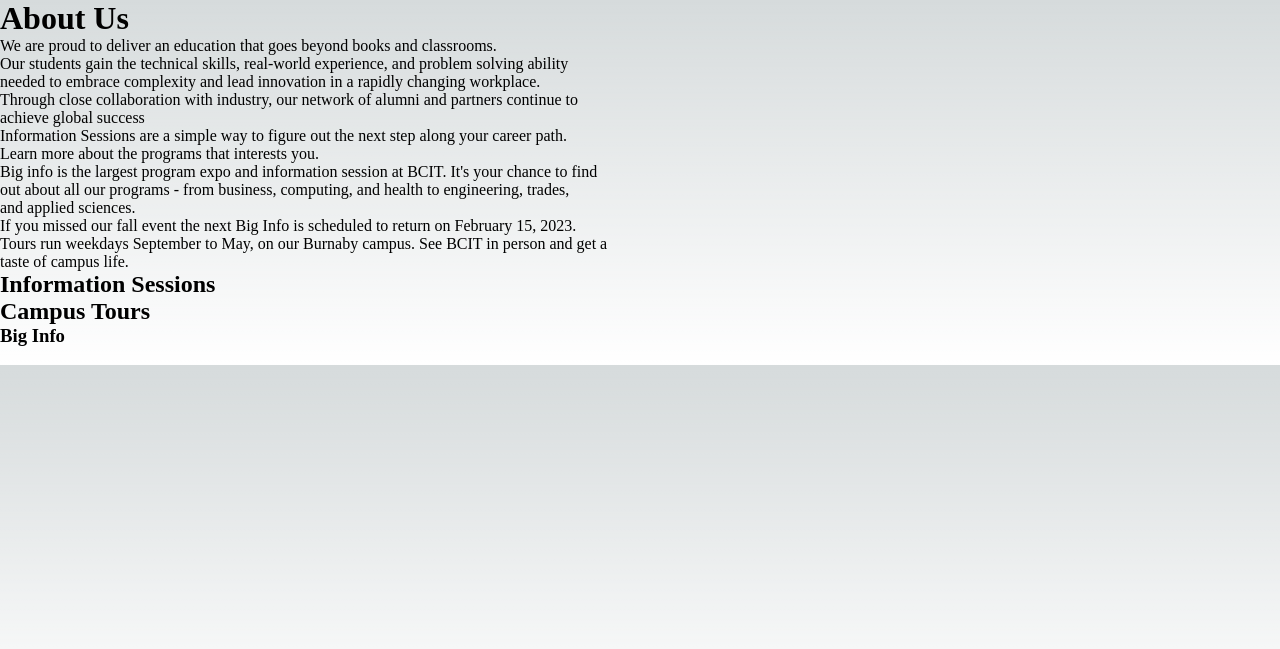
Repository: jennydmcm/assignment-1-playwright-site-A01338943
Page: /about
These files come from the project's save history. The page is drawn as it stood at one moment and after the next save; the edit follows.
The browser window is 1280 px wide. The pictures show the whole page.
The project was rebuilt for these pictures with package versions that can differ from the ones it lists, and the page was loaded fresh each time. The framework's server and built-in components were replaced by stand-ins that run in the browser. Also part of the build but not shown: next.config.js, styles/About.module.css.

Above is the page before, as saved 2023-02-03 16:21:08.

### pages/_app.js
import '../styles/globals.css'
import '../styles/variables.css'

function MyApp({ Component, pageProps }) {
  return <Component {...pageProps} />
}

export default MyApp

### pages/about.js
import Head from 'next/head'
import Image from 'next/image'
import { Inter } from '@next/font/google'
import styles from '@/styles/About.module.css'

const inter = Inter({ subsets: ['latin'] })

export default function Home() {
  return (
    <>
      <Head>
        <title>{"About Us"}</title>
        <meta name="author" content={"MDIA 2109"} />
        <meta name="og:title" content={"Assignment #1 - About Us Page"}/>
        <meta name="og:description" content={"BCIT Digital Design and Development Diploma"} />
        <link rel="icon" href="/favicon.png" />
      </Head>
      <main className={styles.main}>
        <header>
          <div>
            <h1>About Us</h1>
            <h1></h1>
          </div>
          <div>
            <p>We are proud to deliver an education that goes beyond books and classrooms.</p>
            <p>Our students gain the technical skills, real-world experience, and problem solving ability <br></br>
            needed to embrace complexity and lead innovation in a rapidly changing workplace.</p>
            <p>Through close collaboration with industry, our network of alumni and partners continue to <br></br>
            achieve global success</p>
            <p>Information Sessions are a simple way to figure out the next step along your career path. <br></br>
            Learn more about the programs that interests you.</p>
            <p>Big info is the largest program expo and information session at BCIT. It's your chance to find<br></br>
            out about all our programs - from business, computing, and health to engineering, trades,<br></br>
            and applied sciences.</p>
            <p>If you missed our fall event the next Big Info is scheduled to return on February 15, 2023.</p>
            <p>Tours run weekdays September to May, on our Burnaby campus. See BCIT in person and get a<br></br>
            taste of campus life.</p>
          </div>
          <div>
            <h2>Information Sessions</h2>
            <h2>Campus Tours</h2>
          </div>
          <div>
            <h3>Big Info</h3>
          </div>
    </header>
      </main>

      <a>
        <span>
          <img></img>
          <img></img>
        </span>
      </a>


    </>
  )
}

### styles/variables.css
:root{
    --primary-color: #fff;
    --secondary-color: #f4d6b9;
    --ternary-color: #14343d;
    --quaternary-color: #14343d;
    --quinary-color: rgba(16,46,53,0.5);

}

Loaded but not shown: pages/_document.js (common file); pages/api/hello.js (common file); styles/globals.css (common file)

After the next save:
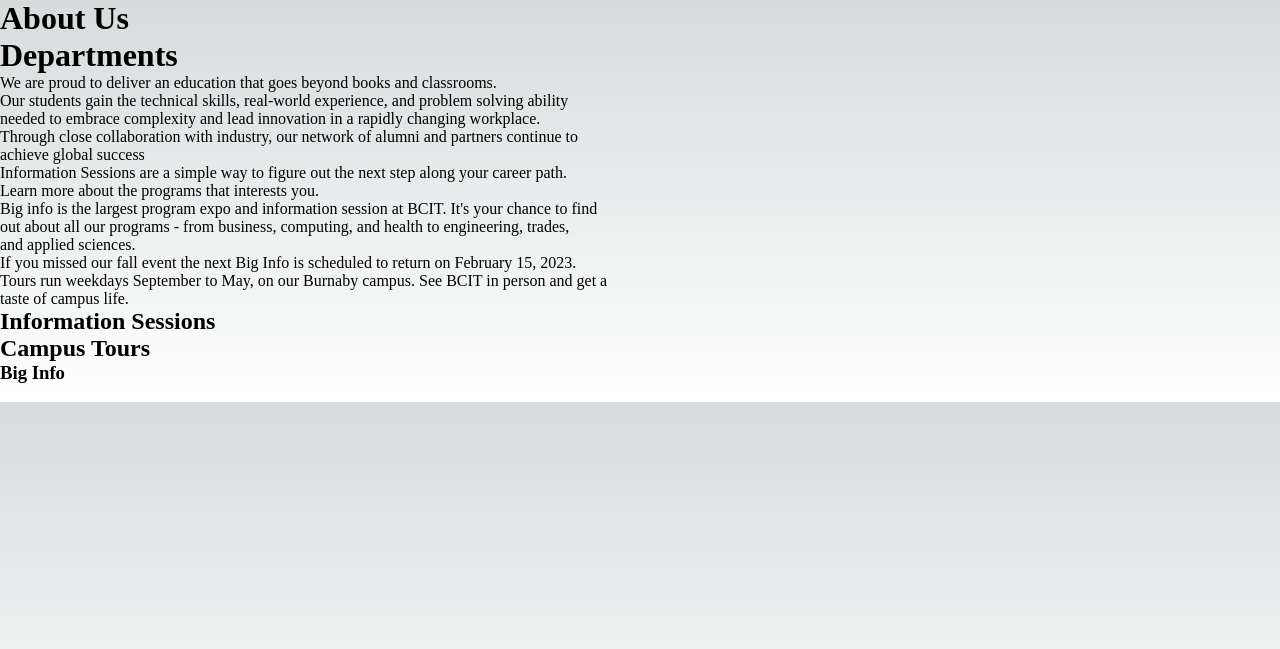
Saved 17 s later.
--- a/pages/about.js
+++ b/pages/about.js
@@ -19,7 +19,7 @@ export default function Home() {
         <header>
           <div>
             <h1>About Us</h1>
-            <h1></h1>
+            <h1>Departments</h1>
           </div>
           <div>
             <p>We are proud to deliver an education that goes beyond books and classrooms.</p>
